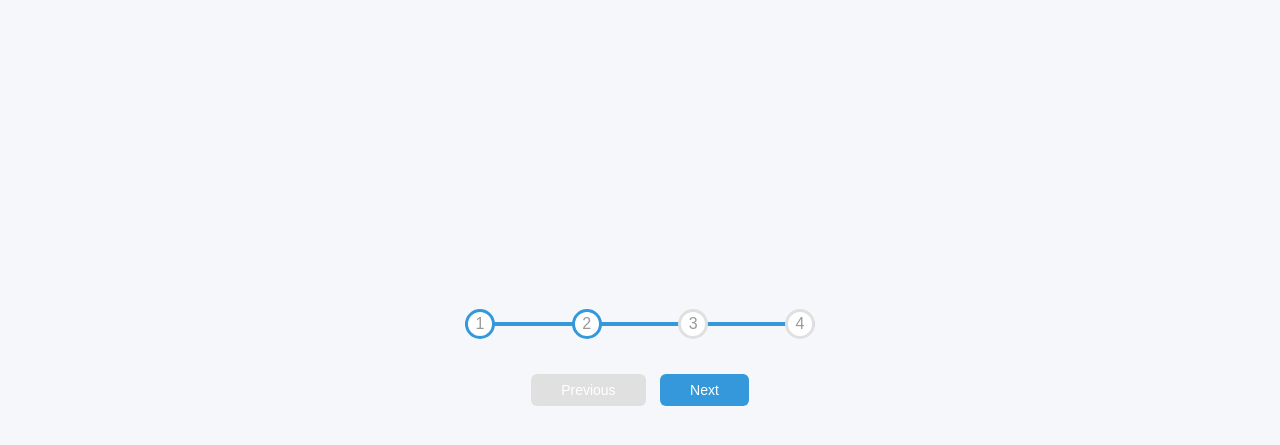
Repository: huynhvanngoan/50projectsin50days
Page: Day2/HTML/index.html
An editor plug-in stored every save of this project. The page is shown before and after the next save, followed by the edit.
The browser window is 1280 px wide. The pictures show the whole page.
After loading, the first visible `#next` was clicked once.
Some web fonts or font styles are not loaded; a fallback is used.

Above is the page before, as saved 2022-11-04 23:10:41.

### Day2/HTML/index.html
<!DOCTYPE html>
<html lang="en">
<head>
    <meta charset="UTF-8">
    <meta http-equiv="X-UA-Compatible" content="IE=edge">
    <meta name="viewport" content="width=device-width, initial-scale=1.0">
    <title>Day 2 - Progress Steps</title>
    <link rel="stylesheet" href="../CSS/style.css">
</head>
<body>
    <div class="container">
        <div class="progress-container">
            <div class="progress" id="progress"></div>
                <div class="circle active">1</div>
                <div class="circle">2</div>
                <div class="circle">3</div>
                <div class="circle">4</div>
        </div>
        <button class="btn" id="prev" disabled>Previous</button>
        <button class="btn" id="next">Next</button>
    </div>
    <script src="../JS/script.js"></script>
</body>
</html>

### Day2/CSS/style.css
@import url('https://fonts.googleapis.com/css?family=Muli&display=swap');

:root {
    --line--border-fill: #3498db;
    --line-border-empty: #e0e0e0
}
* {
    box-sizing: border-box;
}
body {
    background-color: #f6f7fb;
    font-family: 'Muli', sans-serif;
    display: flex;
    align-items: center;
    justify-content: center;
    height: 100vh;
    overflow: hidden;
    margin: 0;
}
.container {
    text-align: center;
}

.progress-container {
    display: flex;
    justify-content: space-between;
    position: relative;
    margin-bottom: 30px;
    max-width: 100%;
    width: 350px;
}
.progress-container::before{
    content: '';
    background-color: var(--line-border-empty);
    position: absolute;
    top: 50%;
    left: 0;
    transform: translateY(-50%);
    height: 4px;
    width: 100%;
    z-index: -1;
}
.progress {
    background-color: var(--line--border-fill);
    position: absolute;
    top: 50%;
    left: 0;
    transform: translateY(-50%);
    height: 4px;
    width: 0%;
    z-index: -1;
    transition: 0.4s ease;
}

.circle {
    background-color: #fff;
    color: #999;
    border-radius: 50%;
    height: 30px;
    width: 30px;
    display: flex;
    align-items: center;
    justify-content: center;
    border: 3px solid var(--line-border-empty);
    transition: 0.4S ease;
}

.circle.active {
    border-color: var(--line--border-fill);
}

.btn {
    background-color: var(--line--border-fill);
    color: #fff;
    border: 0;
    border-radius: 6px;
    cursor: pointer;
    font-family: inherit;
    padding: 8px 30px;
    margin: 5px;
    font-size: 14px;
}
.btn:active {
    transform: scale(0.98);
}

.btn:focus{
    outline: 0;
}

.btn:disabled{
    background-color: var(--line-border-empty);
}

### Day2/JS/script.js
const progress = document.getElementById('progress');
const prev = document.getElementById('prev');
const next = document.getElementById('next');
const circles = document.querySelectorAll('.circle');

let currentActive = 1;

next.addEventListener('click', () => {
    currentActive ++;
    if(currentActive > circles.length) {
        currentActive = circles.length;
    }
    update();
})
prev.addEventListener("click", () => {
    currentActive--;
    if (currentActive < 1) {
        currentActive = 1;
    }

    update();
});

function update() {
    circles.forEach((circle, idx) => {
        if(idx < currentActive){
            circle.classList.add('active');
        }else {
            circle.classList.remove('active');
        }
    })

    const actives = document.querySelectorAll('.active');

    progress.style.width = (actives.length / actives.length) * 100 + '%'
}

After the next save:
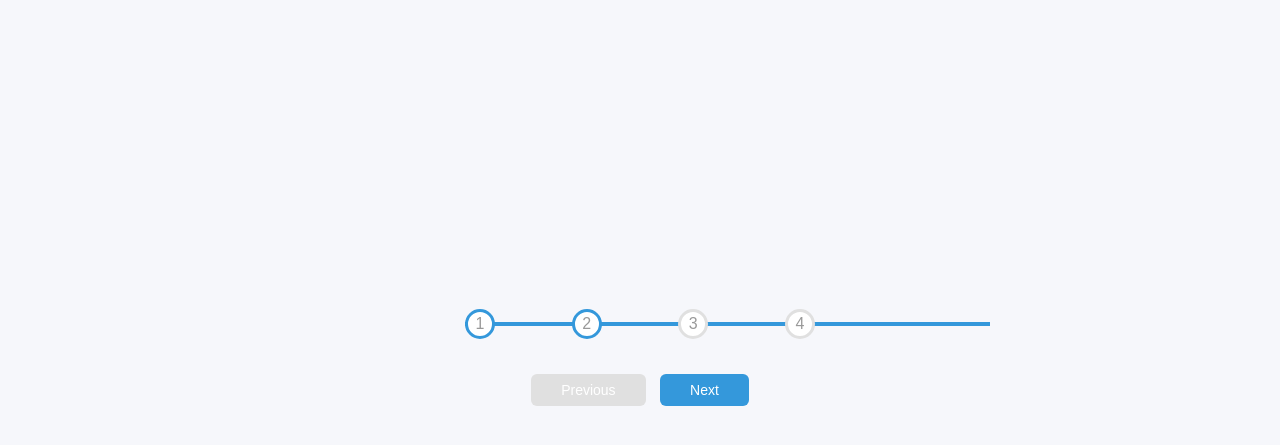
Saved 63 s later.
--- a/Day2/JS/script.js
+++ b/Day2/JS/script.js
@@ -32,5 +32,5 @@
 
     const actives = document.querySelectorAll('.active');
 
-    progress.style.width = (actives.length / actives.length) * 100 + '%'
+    progress.style.width = (actives.length - 1 / actives.length) * 100 + '%'
 }

After the 6 saves that followed:
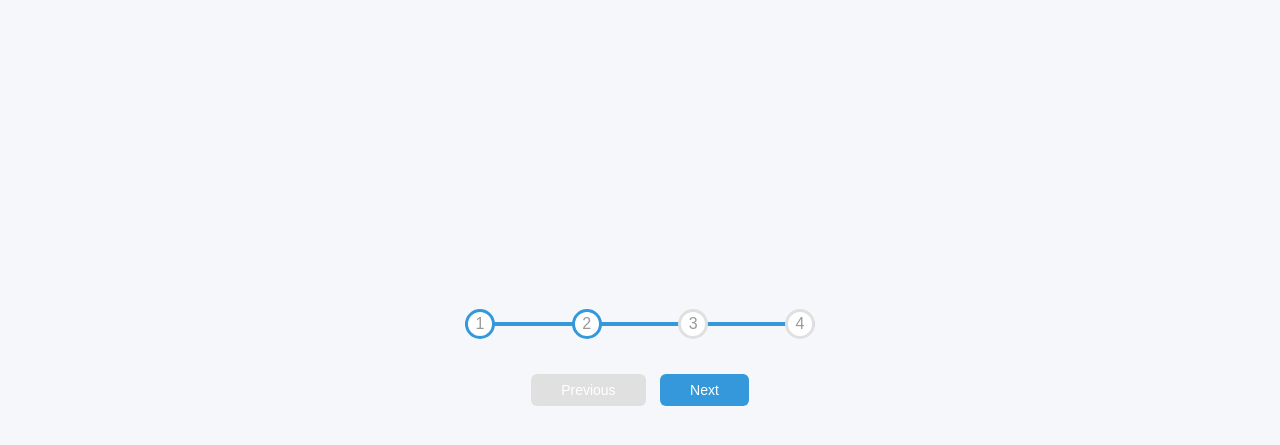
The 6 saves are shown as one change because they came seconds apart.
The last was saved 29 s later.
--- a/Day2/JS/script.js
+++ b/Day2/JS/script.js
@@ -32,5 +32,5 @@
 
     const actives = document.querySelectorAll('.active');
 
-    progress.style.width = (actives.length - 1 / actives.length) * 100 + '%'
+    progress.style.width = ((actives.length - 1 )/ (actives.length - 1)) * 100 + '%'
 }
